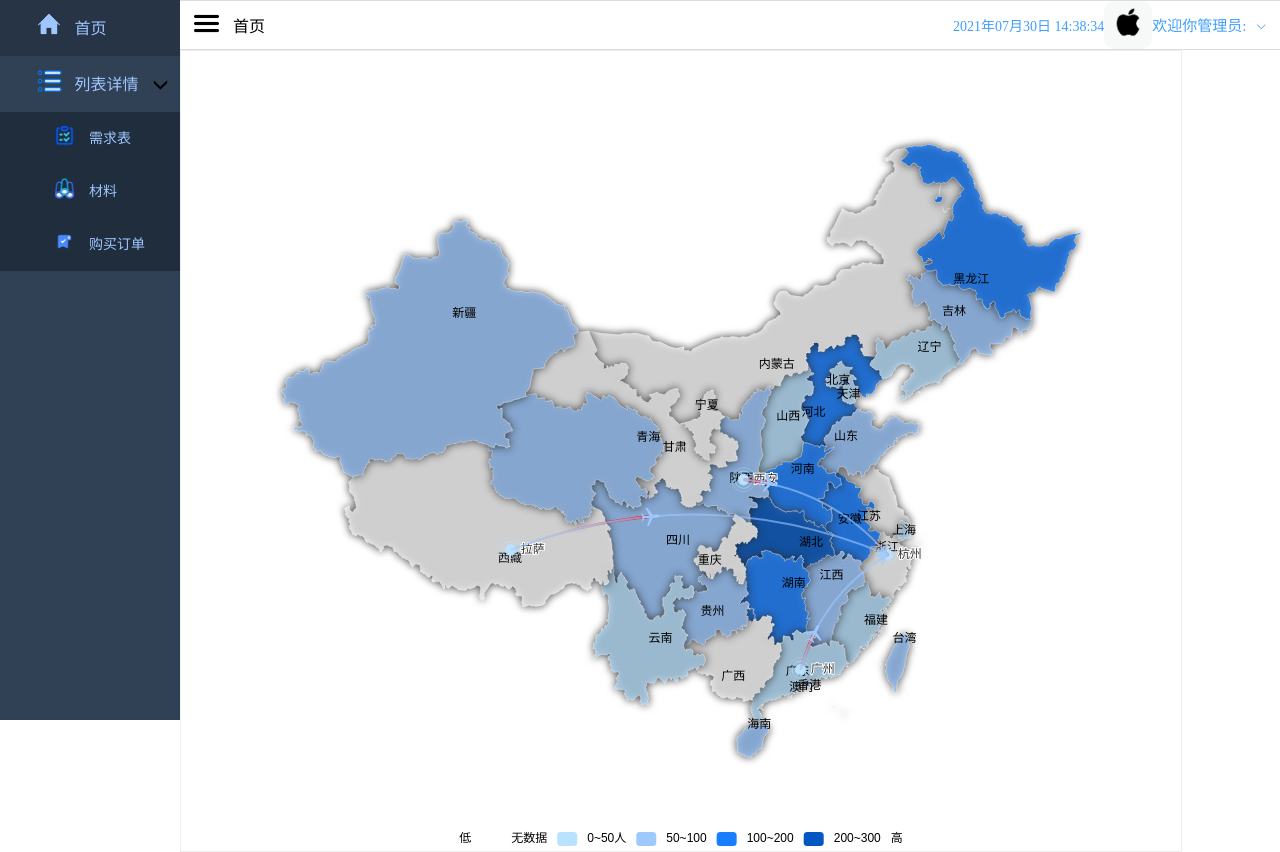
Repository: 572031690/fwwb-proj
Page: /#/home/body
These files come from the project's save history. The page is drawn as it stood at one moment and after the next save; the edit follows.
The browser window is 1280 px wide. The pictures show the whole page.
The project was rebuilt for these pictures with package versions that can differ from the ones it lists, and the page was loaded fresh each time. Also part of the build but not shown: vue.config.js, src/unusercom/EditData.vue, src/components/Adddata.vue, src/view/home/User.vue, src/view/home/Item.vue, src/view/home/Buy.vue, src/components/Test.vue, src/components/ValidateCode.vue and 1 more.

Above is the page before, as saved 2021-08-13 12:49:06.

After the next save:
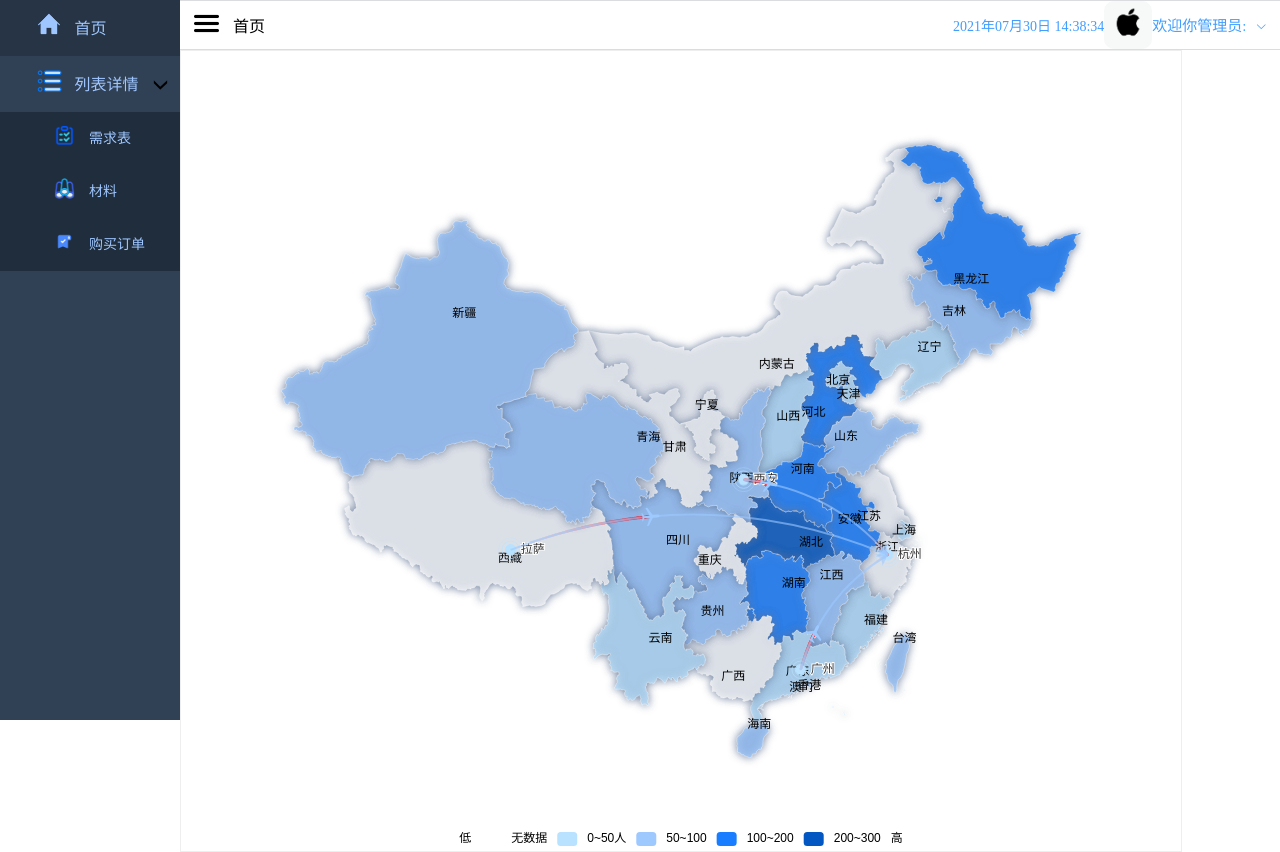
Saved 33 s later.
--- a/src/view/home/HomeWel.vue
+++ b/src/view/home/HomeWel.vue
@@ -125,7 +125,7 @@
             normal: {
               areaColor: "#416cbb", // 地图区域的颜色。
               borderColor: "#fff", // 图形的描边颜色。支持的颜色格式同 color，不支持回调函数。
-              shadowColor: "black", // 阴影颜色。#41587f
+              shadowColor: "#41587f", // 阴影颜色。#41587f
               shadowBlur: 8, // 图形阴影的模糊大小。
               opacity: 0.75 // 图形透明度
             },

After the save that followed:
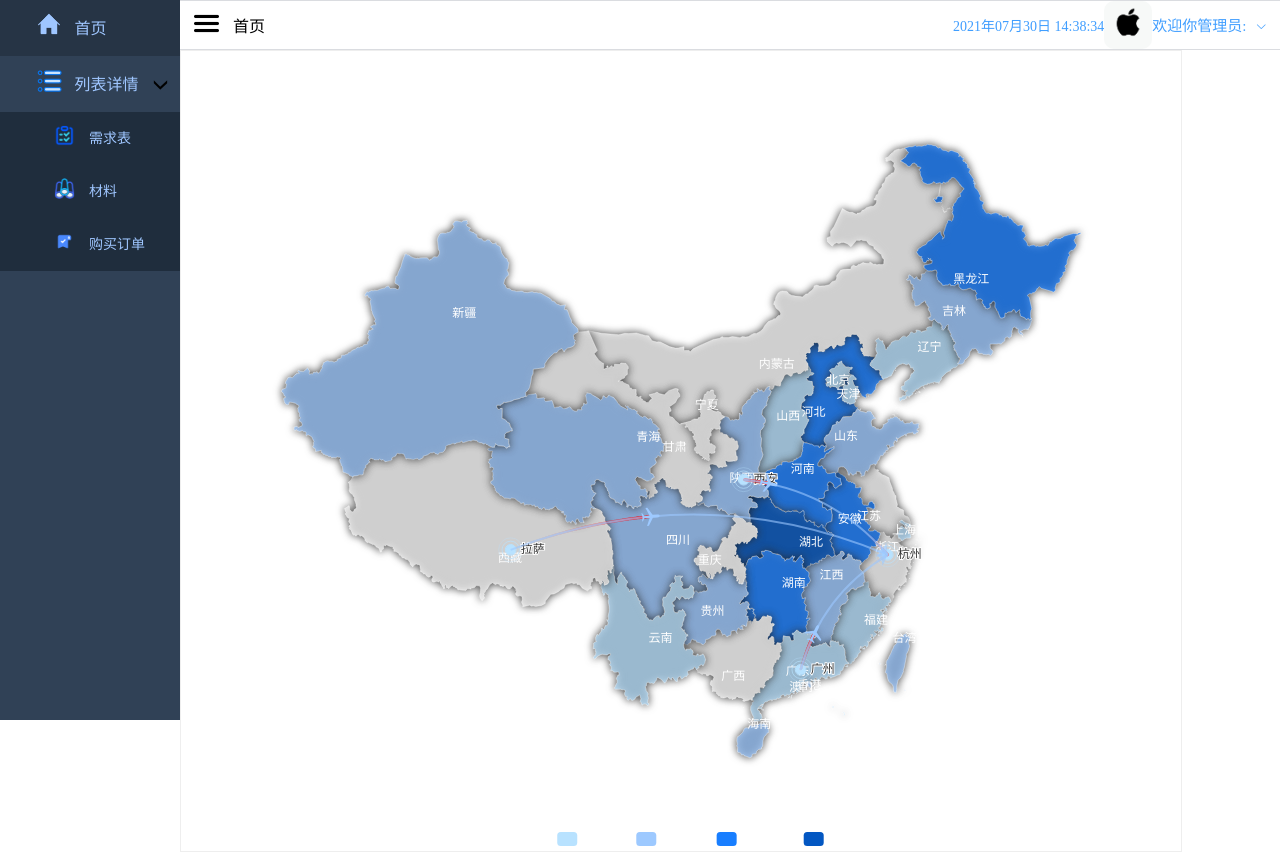
Saved 89 s later.
--- a/src/view/home/HomeWel.vue
+++ b/src/view/home/HomeWel.vue
@@ -118,14 +118,14 @@
             textStyle: {
               fontSize: 12,
               textWeight: 900,
-              color: "black"
+              color: "white"
             }
           },
           itemStyle: {
             normal: {
               areaColor: "#416cbb", // 地图区域的颜色。
               borderColor: "#fff", // 图形的描边颜色。支持的颜色格式同 color，不支持回调函数。
-              shadowColor: "#41587f", // 阴影颜色。#41587f
+              shadowColor: "black", // 阴影颜色。#41587f
               shadowBlur: 8, // 图形阴影的模糊大小。
               opacity: 0.75 // 图形透明度
             },
@@ -175,6 +175,7 @@
               symbolSize: 3 // 红线的宽度
             },
             lineStyle: {
+              // color: 'red',
               width: 0,
               curveness: 0.2 // 弯曲度
             },
@@ -261,7 +262,7 @@
           left: "center",
           textStyle: {
             // 设置文字颜色（Demo左下组件）
-            color: "black",
+            color: "white",
             fontSize: 12
           },
           pieces: [
